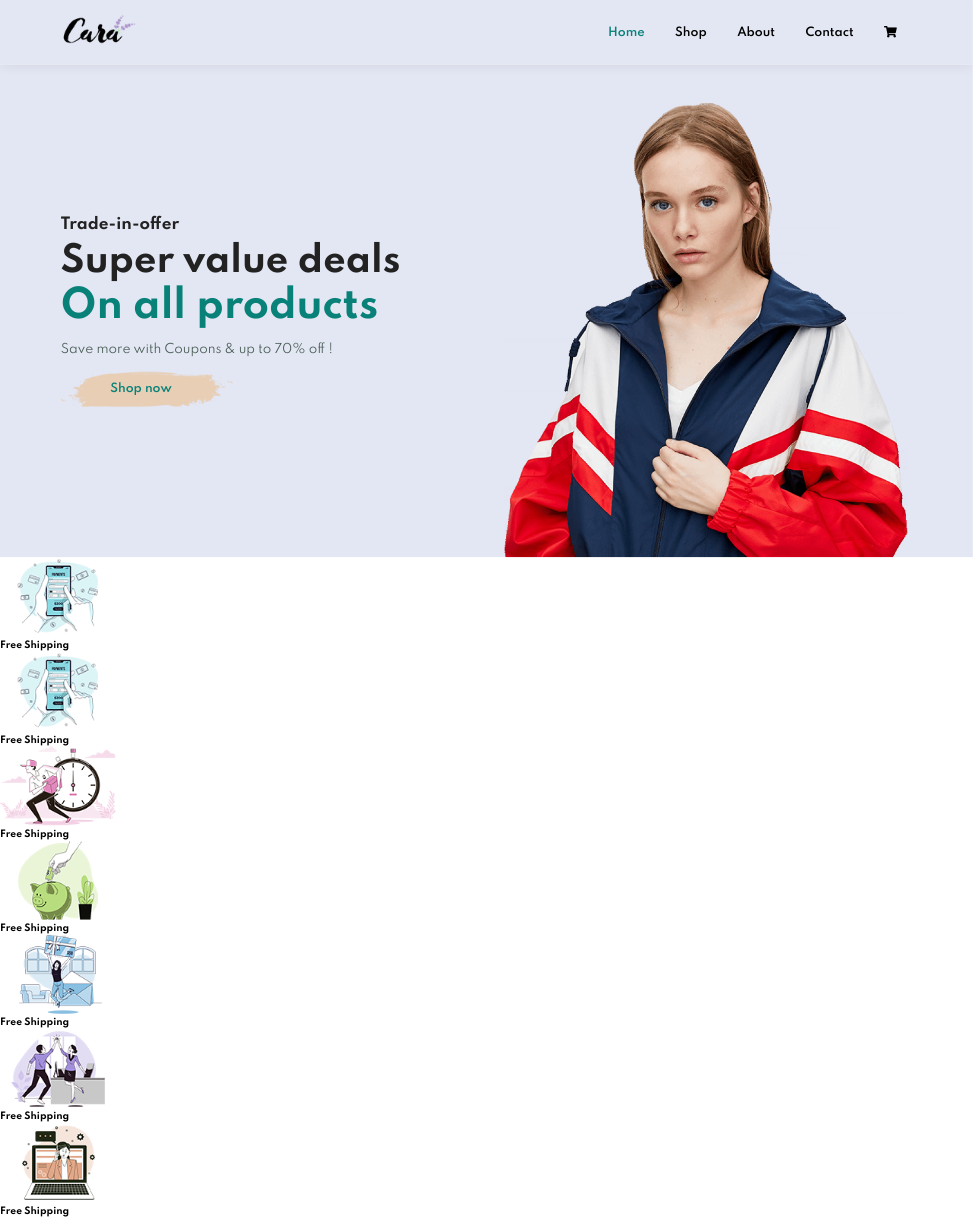
Repository: Daryllgio/E-Commerce-Website-UI
Page: index.html
The author's editor kept a copy of each file at every save. The page is drawn from the files as they stood at one save, then again after the next save.
The browser window is 1280 px wide. The pictures show the whole page, at 76% of full size.
Some web libraries are served in a nearby version.

Above is the page before, as saved 2024-12-31 12:16:12.

### index.html
<!DOCTYPE html>
<html lang="en">

<head>
    <meta charset="UTF-8">
    <meta http-equiv="X-UA-Compatible" content="IE=edge">
    <meta name="viewport" content="width=device-width, initial-scale=1.0">
    <title>Tech2etc Ecommerce Tutorial</title>
    <link rel="stylesheet" href="https://pro.fontawesome.com/releases/v5.10.0/css/all.css" />

    <link rel="stylesheet" href="style.css">
</head>

<body>
    <section id="header">
        <a href="#"><img src="img/logo.png" id="logo" class="logo" alt=""></a>

        <div>
            <ul id="navbar">
                <li>
                    <a class="active" href="index.html">Home</a>
                </li>
                <li>
                    <a href="shop.html">Shop</a>
                </li>
                <li>
                    <a href="about.html">About</a>
                </li>
                <li>
                    <a href="contact.html">Contact</a>
                </li>
                <li>
                    <a href="cart.html"><i class="fa fa-shopping-cart" aria-hidden="true"></i></a>
                </li>

            </ul>
        </div>
    </section>

    <section id="HomeHeaderContent">
        <h4>
            Trade-in-offer
        </h4>
        <h2>
            Super value deals
        </h2>
        <h1>
            On all products
        </h1>
        <p>
            Save more with Coupons & up to 70% off !
        </p>
        <button>
            Shop now
        </button>

    </section>

    <section id="Features">
        <div class="fe-box">
            <img src="img/features/f1.png" alt="">
            <h6>Free Shipping</h6>
        </div>
        <div class="fe-box">
            <img src="img/features/f1.png" alt="">
            <h6>Free Shipping</h6>
        </div>
        <div class="fe-box">
            <img src="img/features/f2.png" alt="">
            <h6>Free Shipping</h6>
        </div>
        <div class="fe-box">
            <img src="img/features/f3.png" alt="">
            <h6>Free Shipping</h6>
        </div>
        <div class="fe-box">
            <img src="img/features/f4.png" alt="">
            <h6>Free Shipping</h6>
        </div>
        <div class="fe-box">
            <img src="img/features/f5.png" alt="">
            <h6>Free Shipping</h6>
        </div>
        <div class="fe-box">
            <img src="img/features/f6.png" alt="">
            <h6>Free Shipping</h6>
        </div>

    </section>


    <script src="script.js"></script>
</body>

</html>

### style.css
@import url("https://fonts.googleapis.com/css2?family=Spartan:wght@100;200;300;400;500;600;700;800;900&display=swap");

* {
  margin: 0;
  padding: 0;
  box-sizing: border-box;
  font-family: "Spartan", sans-serif;
}

html {
  scroll-behavior: smooth;
}

/* Global Styles */

h1 {
  font-size: 50px;
  line-height: 64px;
  color: #222;
}

h2 {
  font-size: 46px;
  line-height: 54px;
  color: #222;
}

h4 {
  font-size: 20px;
  color: #222;
}

h6 {
  font-weight: 700;
  font-size: 12px;
}

p {
  font-size: 16px;
  color: #465b52;
  margin: 15px 0 20px 0;
}

.section-p1 {
  padding: 40px 80px;
}

.section-m1 {
  margin: 40px 0;
}

body {
  width: 100%;
}

#header {
  display: flex;
  align-items: center;
  justify-content: space-between;
  padding: 20px 80px;
  background: #E3E6F3;
  box-shadow: 0 5px 15px rgba(0, 0, 0, 0.06);
  position: sticky;
  top: 0;
  left: 0;

}



#navbar {
  display: flex;
  align-items: center;
  justify-content: center;
}

#navbar li {
  list-style: none;
  padding: 0px 20px;
}

#navbar li a {
  text-decoration: none;
  font-size: 15px;
  font-weight: 600;
  color: #000;
  transition: 0.3s ease;
}

#navbar li a:hover,
#navbar li a.active {
  color: #088178;
}

#HomeHeaderContent {
  background-image: url("img/hero4.png");
  height: 90vh;
  width: 100%;
  background-size: cover;
  background-position: top 25% right 0;
  padding: 0 80px;
  align-items: flex-start;
  display: flex;
  flex-direction: column;
  justify-content: center;
}

#HomeHeaderContent h4 {
  margin-bottom: 10px;
}

#HomeHeaderContent h1 {
  color: #088178;
}

#HomeHeaderContent button {
  color: #088178;
  background-image: url("img/button.png");
  font-size: 15px;
  font-weight: 600;
  background-color: transparent;
  border: 0;
  padding: 14px 80px 14px 65px;
  background-repeat: no-repeat;
  cursor: pointer;
}

Loaded but not shown: script.js (common file)

After the next save:
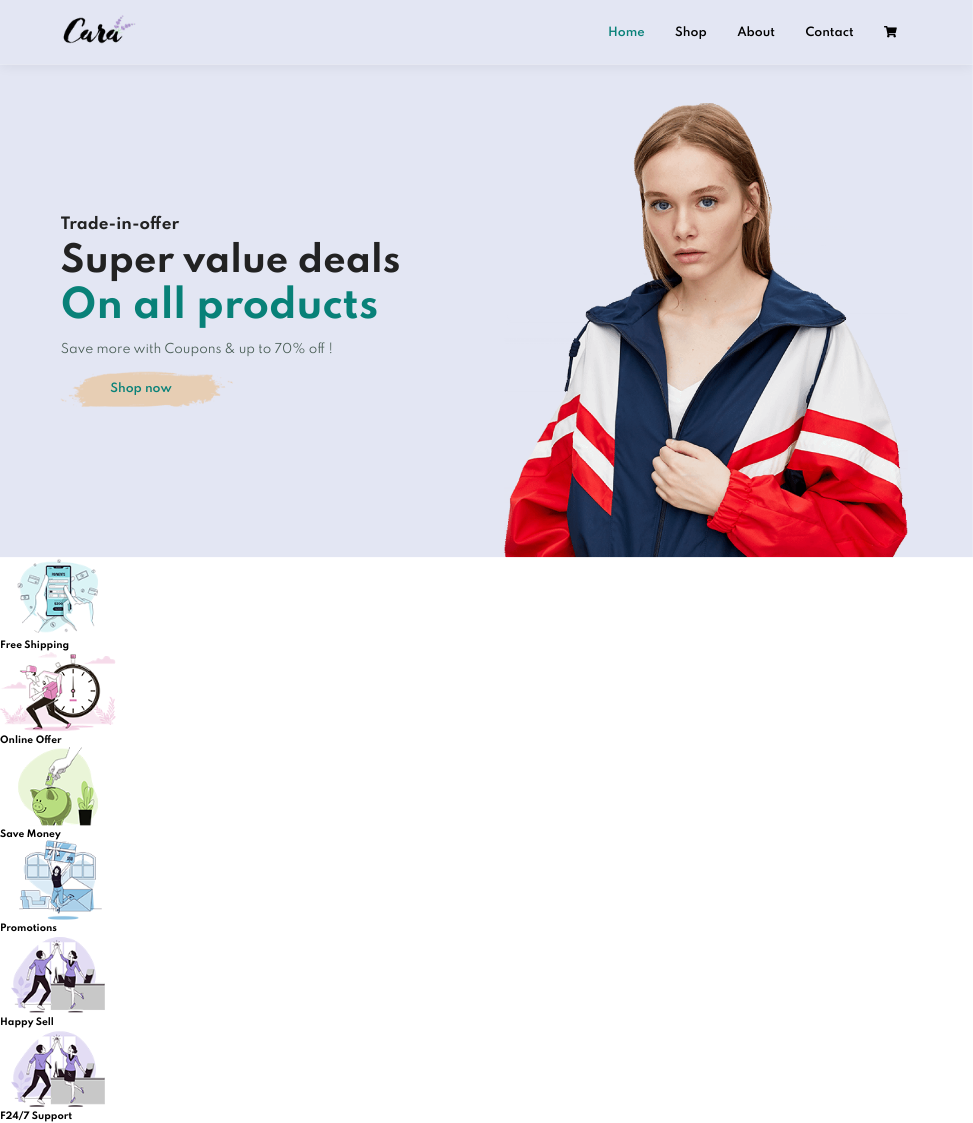
Saved 92 s later.
--- a/index.html
+++ b/index.html
@@ -62,30 +62,25 @@
             <h6>Free Shipping</h6>
         </div>
         <div class="fe-box">
-            <img src="img/features/f1.png" alt="">
-            <h6>Free Shipping</h6>
-        </div>
-        <div class="fe-box">
             <img src="img/features/f2.png" alt="">
-            <h6>Free Shipping</h6>
+            <h6>Online Offer</h6>
         </div>
         <div class="fe-box">
             <img src="img/features/f3.png" alt="">
-            <h6>Free Shipping</h6>
+            <h6>Save Money</h6>
         </div>
         <div class="fe-box">
             <img src="img/features/f4.png" alt="">
-            <h6>Free Shipping</h6>
+            <h6>Promotions</h6>
         </div>
         <div class="fe-box">
             <img src="img/features/f5.png" alt="">
-            <h6>Free Shipping</h6>
+            <h6>Happy Sell</h6>
         </div>
         <div class="fe-box">
-            <img src="img/features/f6.png" alt="">
-            <h6>Free Shipping</h6>
+            <img src="img/features/f5.png" alt="">
+            <h6>F24/7 Support</h6>
         </div>
-
     </section>
 
 
